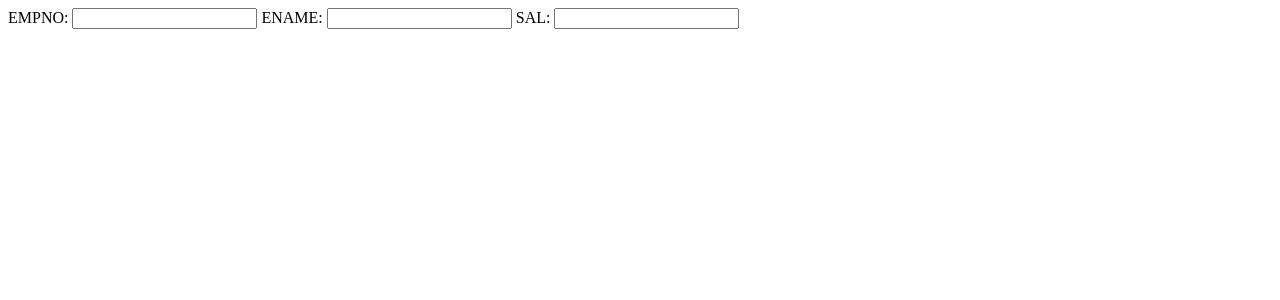
Repository: jayak013/Zettamine-backup
Page: Local Disk D Files/Workspace/maven/web/src/main/webapp/create.html
The author's editor kept a copy of each file at every save. The page is drawn from the files as they stood at one save, then again after the next save.
The browser window is 1280 px wide. The pictures show the whole page.

Above is the page before, as saved 2023-12-29 18:18:00.

### Local Disk D Files/Workspace/maven/web/src/main/webapp/create.html
<!DOCTYPE html>
<html>
<head>
<meta charset="ISO-8859-1">
<title>create emp</title>
</head>
<body>
	<form>
		EMPNO: <input type="number" name="empno">
		ENAME: <input type="text" name="ename">
		SAL: <input type="number" name="sal">
	</form>
</body>
</html>

After the next save:
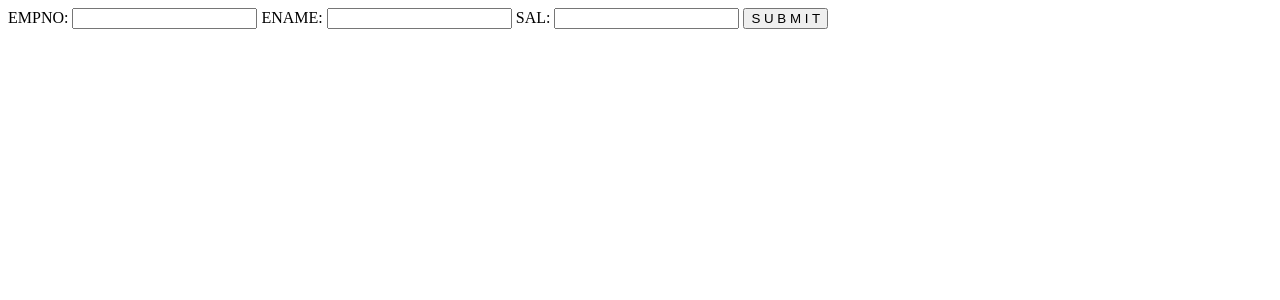
Saved 80 s later.
--- a/Local Disk D Files/Workspace/maven/web/src/main/webapp/create.html
+++ b/Local Disk D Files/Workspace/maven/web/src/main/webapp/create.html
@@ -9,6 +9,7 @@
 		EMPNO: <input type="number" name="empno">
 		ENAME: <input type="text" name="ename">
 		SAL: <input type="number" name="sal">
+		<input type="submit" value="S U B M I T">
 	</form>
 </body>
 </html>
